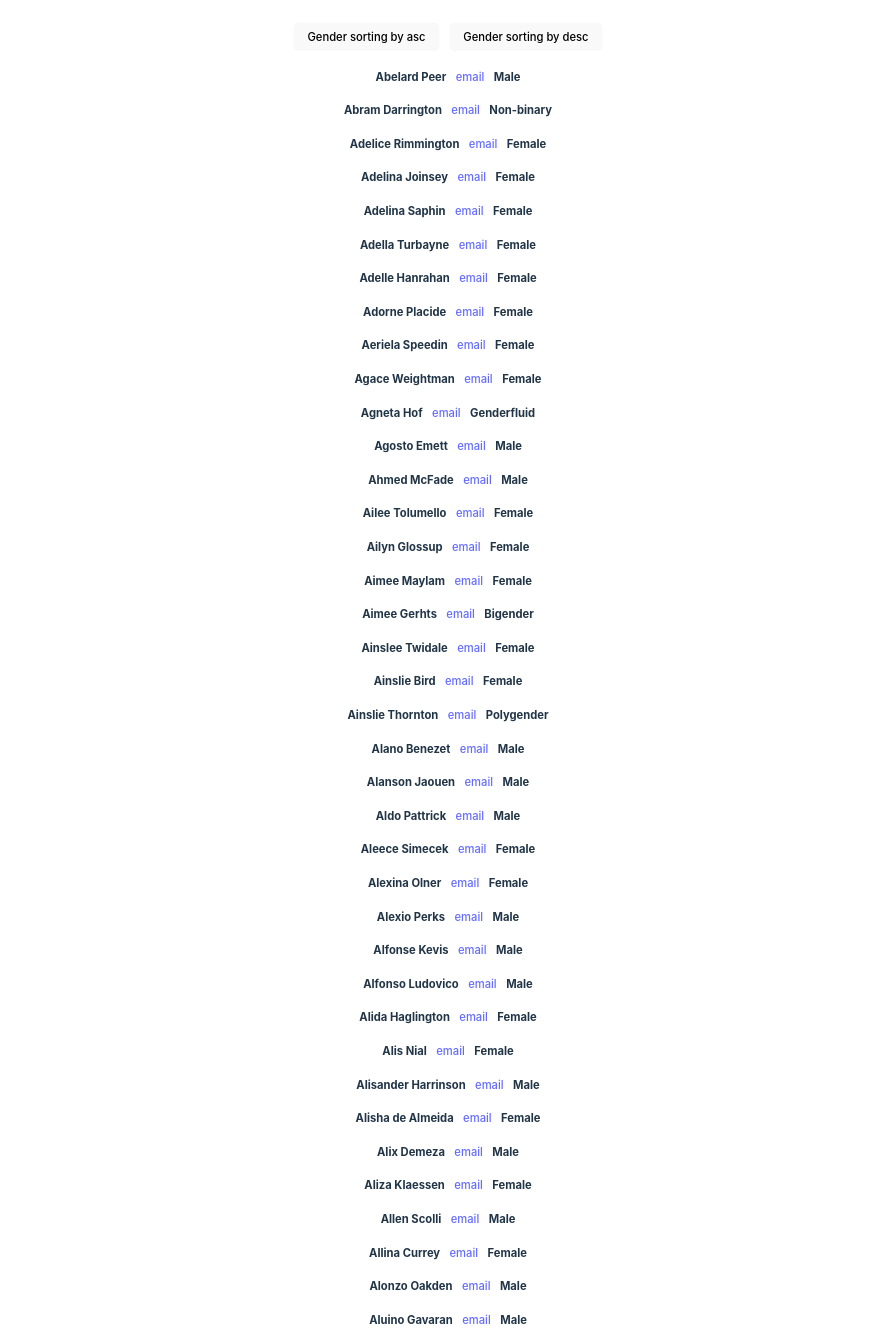
Repository: Kainar9292/sorting
Page: /
An editor plug-in stored every save of this project. The page is shown before and after the next save, followed by the edit.
The browser window is 1280 px wide. The pictures show the part of the page from y = 0 to 1920 px (the page is 48129 px tall before and 24129 px after), at 70% of full size.
The project was rebuilt for these pictures with package versions that can differ from the ones it lists, and the page was loaded fresh each time. Also part of the build but not shown: vite.config.js.

Above is the page before, as saved 2022-10-29 15:12:38.

### src/style.css
:root {
  font-family: Inter, Avenir, Helvetica, Arial, sans-serif;
  font-size: 16px;
  line-height: 24px;
  font-weight: 400;

  color-scheme: light dark;
  color: rgba(255, 255, 255, 0.87);
  background-color: #242424;

  font-synthesis: none;
  text-rendering: optimizeLegibility;
  -webkit-font-smoothing: antialiased;
  -moz-osx-font-smoothing: grayscale;
  -webkit-text-size-adjust: 100%;
}

a {
  font-weight: 500;
  color: #646cff;
  text-decoration: inherit;
}
a:hover {
  color: #535bf2;
}

a {
  font-weight: 500;
  color: #646cff;
  text-decoration: inherit;
}
a:hover {
  color: #535bf2;
}

body {
  margin: 0;
  display: flex;
  place-items: center;
  min-width: 320px;
  min-height: 100vh;
}

h1 {
  font-size: 3.2em;
  line-height: 1.1;
}

button {
  border-radius: 8px;
  border: 1px solid transparent;
  padding: 0.6em 1.2em;
  font-size: 1em;
  font-weight: 500;
  font-family: inherit;
  background-color: #1a1a1a;
  cursor: pointer;
  transition: border-color 0.25s;
}
button:hover {
  border-color: #646cff;
}
button:focus,
button:focus-visible {
  outline: 4px auto -webkit-focus-ring-color;
}

.card {
  padding: 2em;
}

#app {
  max-width: 1280px;
  margin: 0 auto;
  padding: 2rem;
  text-align: center;
}

@media (prefers-color-scheme: light) {
  :root {
    color: #213547;
    background-color: #ffffff;
  }
  a:hover {
    color: #747bff;
  }
  button {
    background-color: #f9f9f9;
  }
}

.users {

}

### src/App.vue
<template>
  <Users/>
</template>

<script setup>
import Users from './components/Users.vue'
</script>

### src/components/Users.vue
<template>
  <button @click="sortingByField('gender')">Gender sorting by asc</button>
  &nbsp;
  <button @click="sortingByField('gender', 'desc')">
    Gender sorting by desc
  </button>

  <br />
  <br />
  <div class="users">
    <div v-for="item in state.users">
      <strong>{{ item.first_name }} {{ item.last_name }}</strong> &nbsp;
      <a href="mailto:{{item.email}}">email</a> &nbsp;
      <strong>{{ item.gender }}</strong>
      <br />
      <br />
    </div>
  </div>
</template>

<script setup>
import { reactive } from 'vue';
import { users } from '../service/getUsers';

const state = reactive({
  users: [],
});

state.users = users;

function sortingByField(sortedField, sordetType) {
  state.users = state.users.sort((a, b) => {
    if (sordetType === 'desc') {
      return a[sortedField] < b[sortedField] ? 1 : -1;
    } else {
      return a[sortedField] > b[sortedField] ? 1 : -1;
    }
  });
}

sortingByField('first_name');
</script>

Loaded but not shown: index.html (common file); src/main.js (common file); src/service/getUsers.js (1000 lines, source omitted)

After the next save:
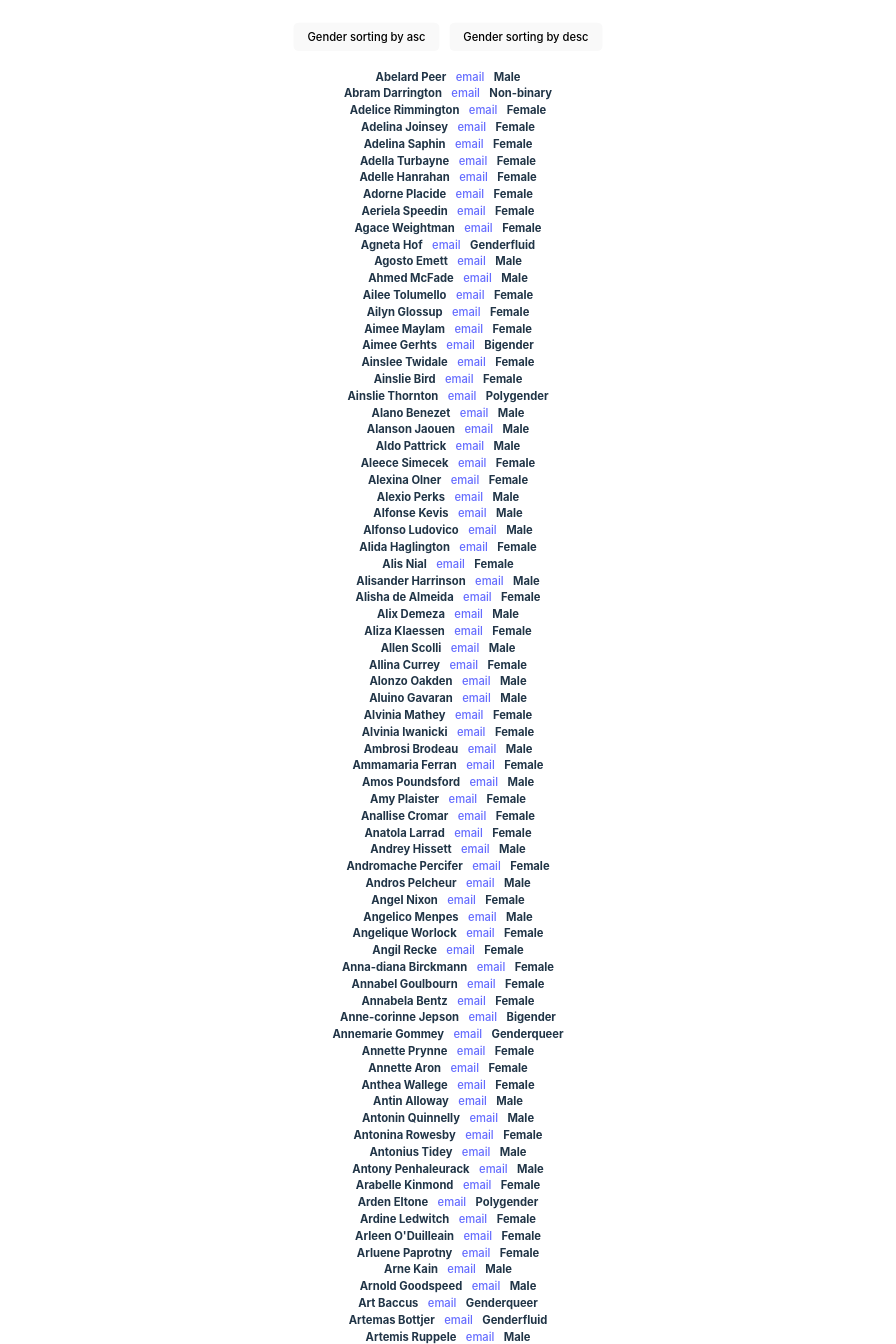
Saved 13 s later.
--- a/src/components/Users.vue
+++ b/src/components/Users.vue
@@ -12,8 +12,8 @@
       <strong>{{ item.first_name }} {{ item.last_name }}</strong> &nbsp;
       <a href="mailto:{{item.email}}">email</a> &nbsp;
       <strong>{{ item.gender }}</strong>
-      <br />
-      <br />
+      <!-- <br />
+      <br /> -->
     </div>
   </div>
 </template>
